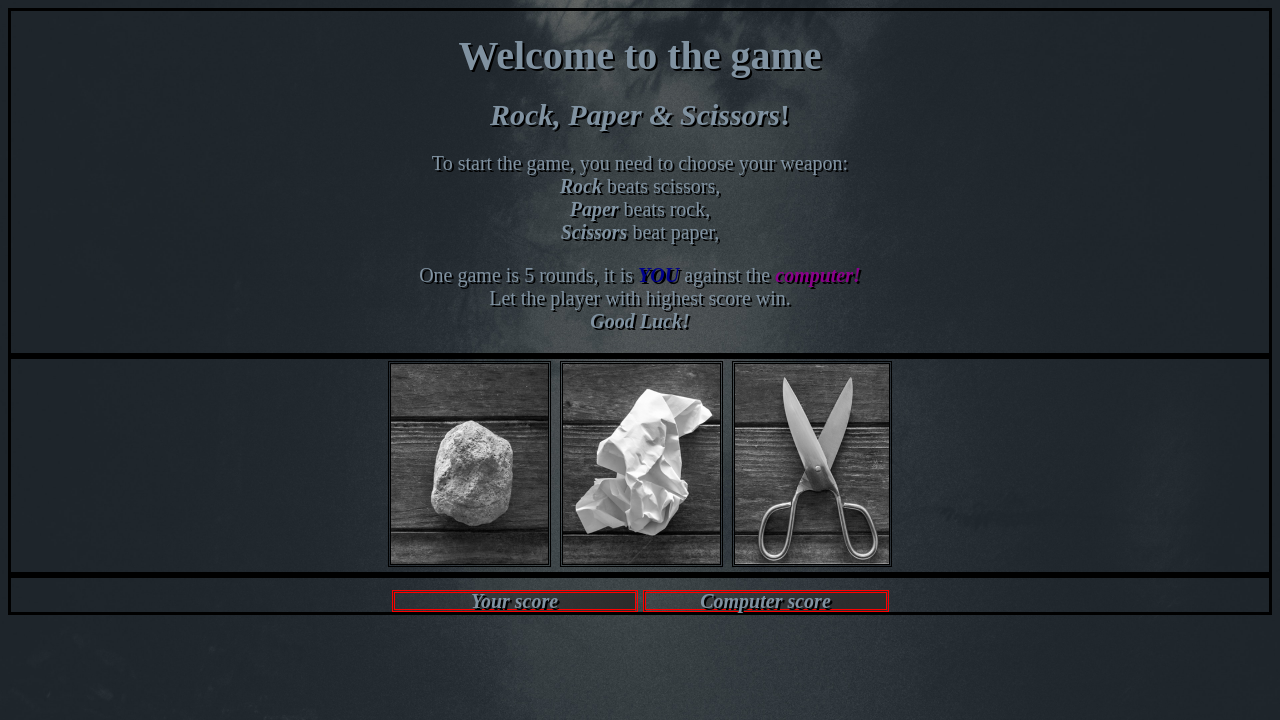
Repository: agneta1991/rock-paper-scissors
Page: Desktop/coding/index2.html
The author's editor kept a copy of each file at every save. The page is drawn from the files as they stood at one save, then again after the next save.
The browser window is 1280 px wide. The pictures show the whole page.

Above is the page before, as saved 2023-03-06 08:57:34.

After the next save:
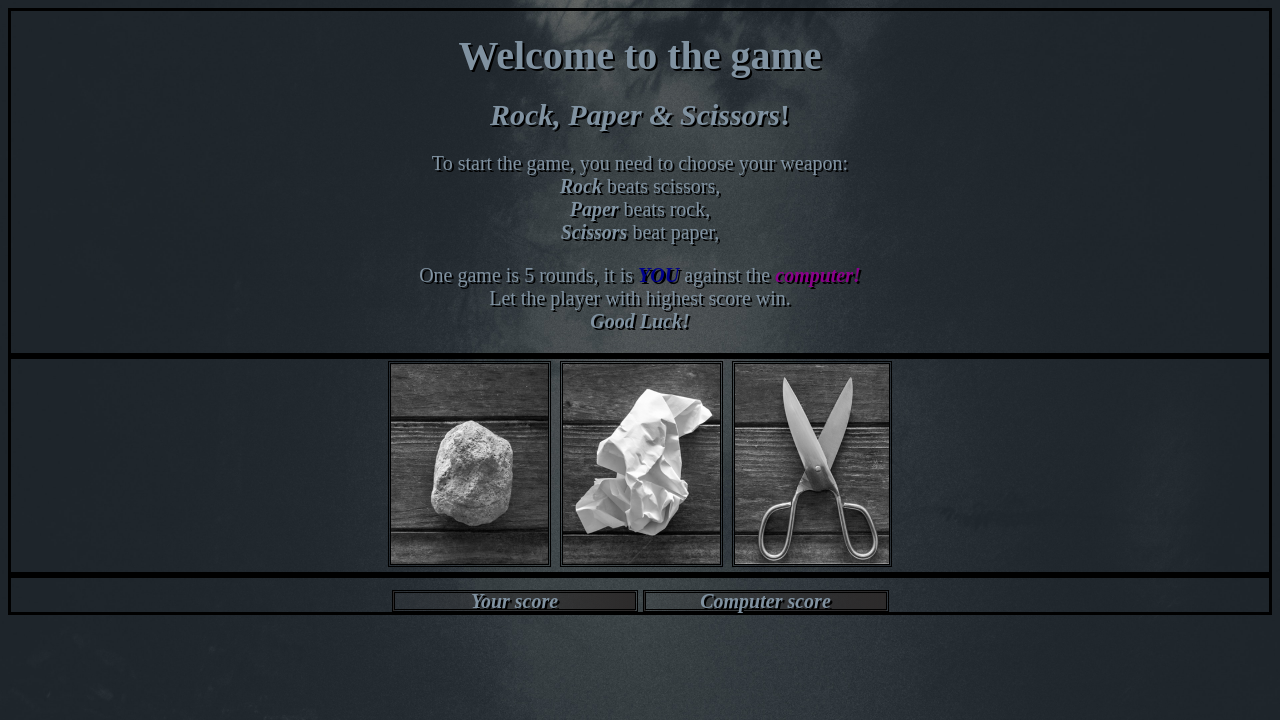
Saved 25 s later.
--- a/Desktop/coding/styles.css
+++ b/Desktop/coding/styles.css
@@ -59,7 +59,7 @@ img:hover {
 
 .playerScore, .computerScore {
     display: inline;
-    border-color: red;
+    border-color: black;
     line-height: 80%;
     width: 240px;
     border-style: double;
